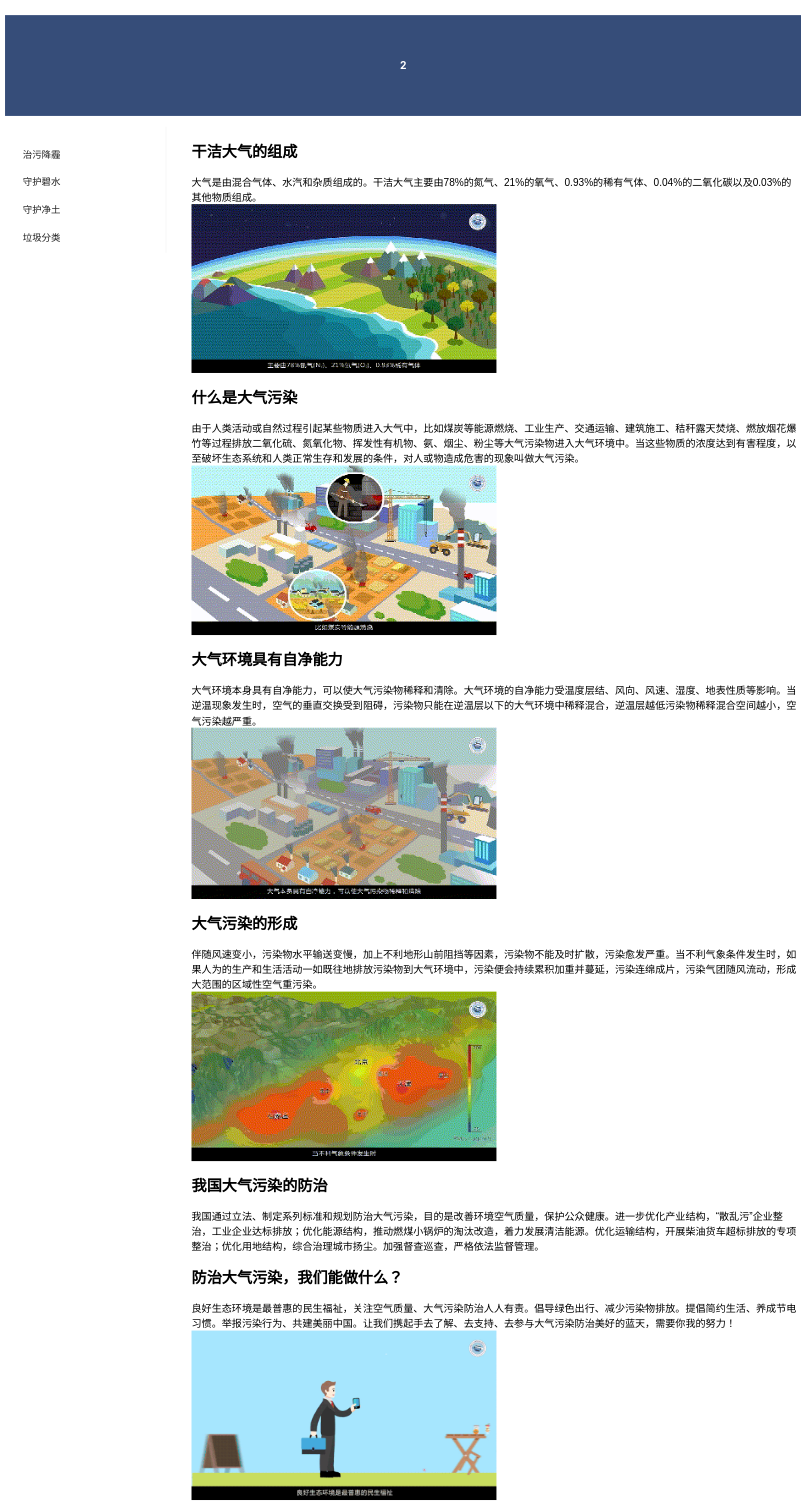
Repository: samllbin/summerWeb
Page: /
These files come from the project's save history. The page is drawn as it stood at one moment and after the next save; the edit follows.
The browser window is 1280 px wide. The pictures show the whole page, at 63% of full size.
The project was rebuilt for these pictures with package versions that can differ from the ones it lists, and the page was loaded fresh each time. Also part of the build but not shown: vite.config.js, components/menu/config.js, components/article/index.module.css, components/article/index.jsx.

Above is the page before, as saved 2024-07-22 16:45:19.

### src/App.jsx
import React, { useState } from "react";
import style from "./assets/index.module.css";
import Carousel from "@components/carousel/index";
import MenuTab from "@components/menu/MenuTab";
import Content from "@components/content";
import Article from "@components/article";

export default function App() {
  const [current, setCurrent] = useState("1");
  return (
    <div>
      <Carousel />
      <div className={style.layout}>
        <MenuTab setCurrent={setCurrent} current={current} />
        <Content />
      </div>
    </div>
  );
}

### src/assets/index.module.css
.layout {
  font-family: "宋体", sans-serif;
  display: flex;
}

### components/carousel/index.jsx
import React from "react";
import { Carousel } from "antd";
import style from "./index.module.css";

export default function carousel() {
  return (
    <Carousel autoplay>
      <div>
        <h3 className={style.contentStyle}>1</h3>
      </div>
      <div>
        <h3 className={style.contentStyle}>2</h3>
      </div>
      <div>
        <h3 className={style.contentStyle}>3</h3>
      </div>
      <div>
        <h3 className={style.contentStyle}>4</h3>
      </div>
    </Carousel>
  );
}

### components/menu/MenuTab.jsx
import React from "react";
import { Menu } from "antd";
import { useState } from "react";
import { config } from "./config";

export default function MenuTab({ current, setCurrent }) {
  const onClick = (e) => {
    console.log("click ", e);
    setCurrent(e.key);
  };
  return (
    <div>
      <Menu
        onClick={onClick}
        style={{ width: 256, fontSize: 15, paddingTop: 20 }}
        defaultOpenKeys={["sub1"]}
        selectedKeys={[current]}
        mode="inline"
        items={config}
      />
    </div>
  );
}

### components/content/index.jsx
import React from "react";
import style from "./index.module.css";
import config from "./config";

export default function Content() {
  return (
    <div className={style.layout}>
      {config
        .filter((item) => {
          return item.title === "治污降霾";
        })[0]
        ?.value.map((item, index) => {
          return (
            <div key={index} className={style.text}>
              <h2 className={style.title}>{item?.subTitle}</h2>
              <div className={style.content}>{item.content}</div>
              <img src={item.imageURL} alt="" className={style.image} />
            </div>
          );
        })}
    </div>
  );
}

### components/carousel/index.module.css
.contentStyle {
  height: 160px;
  color: #fff;
  line-height: 160px;
  text-align: center;
  background: #364d79;
}

### components/content/index.module.css
.layout {
  display: flex;
  /* width: 80%; */
  width: 1000px;
  margin-left: 40px;
  flex-direction: column;
  align-items: center;
  justify-content: center;
}

.text {
  display: flex;
  flex-direction: column;
  align-items: start;
  justify-content: center;
}

.title {
}

.image {
  width: 50%;
}

### components/content/config.js
export default [
  {
    title: "治污降霾",
    value: [
      {
        subTitle: "干洁大气的组成",
        content:
          "大气是由混合气体、水汽和杂质组成的。干洁大气主要由78%的氮气、21%的氧气、0.93%的稀有气体、0.04%的二氧化碳以及0.03%的其他物质组成。",
        imageURL: "../../public/大气组成.png",
      },
      {
        subTitle: "什么是大气污染",
        content:
          "由于人类活动或自然过程引起某些物质进入大气中，比如煤炭等能源燃烧、工业生产、交通运输、建筑施工、秸秆露天焚烧、燃放烟花爆竹等过程排放二氧化硫、氮氧化物、挥发性有机物、氨、烟尘、粉尘等大气污染物进入大气环境中。当这些物质的浓度达到有害程度，以至破坏生态系统和人类正常生存和发展的条件，对人或物造成危害的现象叫做大气污染。",
        imageURL: "../../public/大气污染.png",
      },
      {
        subTitle: "大气环境具有自净能力",
        content:
          "大气环境本身具有自净能力，可以使大气污染物稀释和清除。大气环境的自净能力受温度层结、风向、风速、湿度、地表性质等影响。当逆温现象发生时，空气的垂直交换受到阻碍，污染物只能在逆温层以下的大气环境中稀释混合，逆温层越低污染物稀释混合空间越小，空气污染越严重。",
        imageURL: "../../public/自净能力.png",
      },
      {
        subTitle: "大气污染的形成",
        content:
          "伴随风速变小，污染物水平输送变慢，加上不利地形山前阻挡等因素，污染物不能及时扩散，污染愈发严重。当不利气象条件发生时，如果人为的生产和生活活动一如既往地排放污染物到大气环境中，污染便会持续累积加重并蔓延，污染连绵成片，污染气团随风流动，形成大范围的区域性空气重污染。",
        imageURL: "../../public/污染形成.png",
      },
      {
        subTitle: "我国大气污染的防治",
        content:
          "我国通过立法、制定系列标准和规划防治大气污染，目的是改善环境空气质量，保护公众健康。进一步优化产业结构，“散乱污”企业整治，工业企业达标排放；优化能源结构，推动燃煤小锅炉的淘汰改造，着力发展清洁能源。优化运输结构，开展柴油货车超标排放的专项整治；优化用地结构，综合治理城市扬尘。加强督查巡查，严格依法监督管理。",
      },
      {
        subTitle: "防治大气污染，我们能做什么？",
        content:
          "良好生态环境是最普惠的民生福祉，关注空气质量、大气污染防治人人有责。倡导绿色出行、减少污染物排放。提倡简约生活、养成节电习惯。举报污染行为、共建美丽中国。让我们携起手去了解、去支持、去参与大气污染防治美好的蓝天，需要你我的努力！",
        imageURL: "../../public/防止污染.png",
      },
    ],
  },
];

Loaded but not shown: index.html (common file); src/main.jsx (common file)

After the next save:
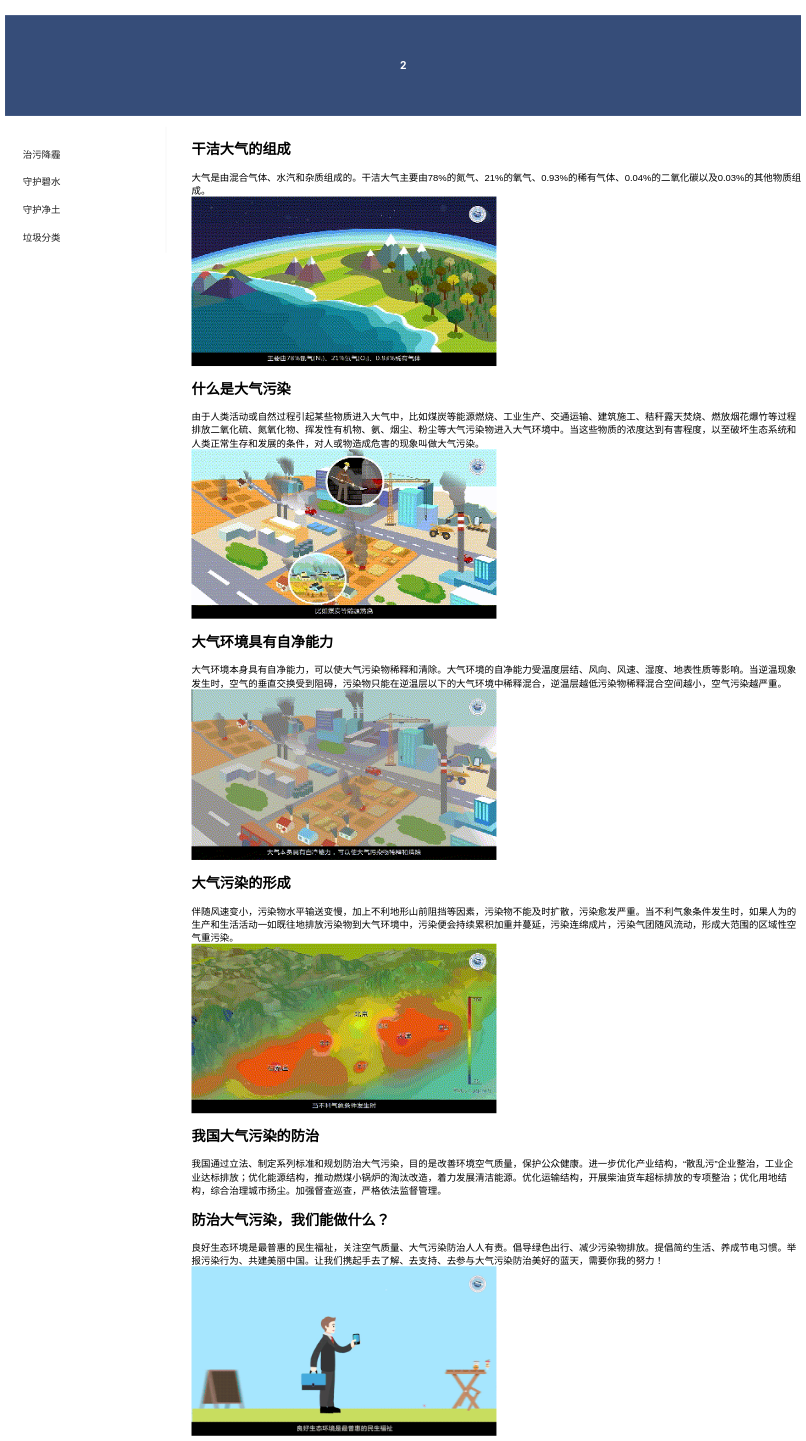
Saved 7 s later.
--- a/components/content/index.module.css
+++ b/components/content/index.module.css
@@ -13,6 +13,7 @@
   flex-direction: column;
   align-items: start;
   justify-content: center;
+  font-size: 15px;
 }
 
 .title {
